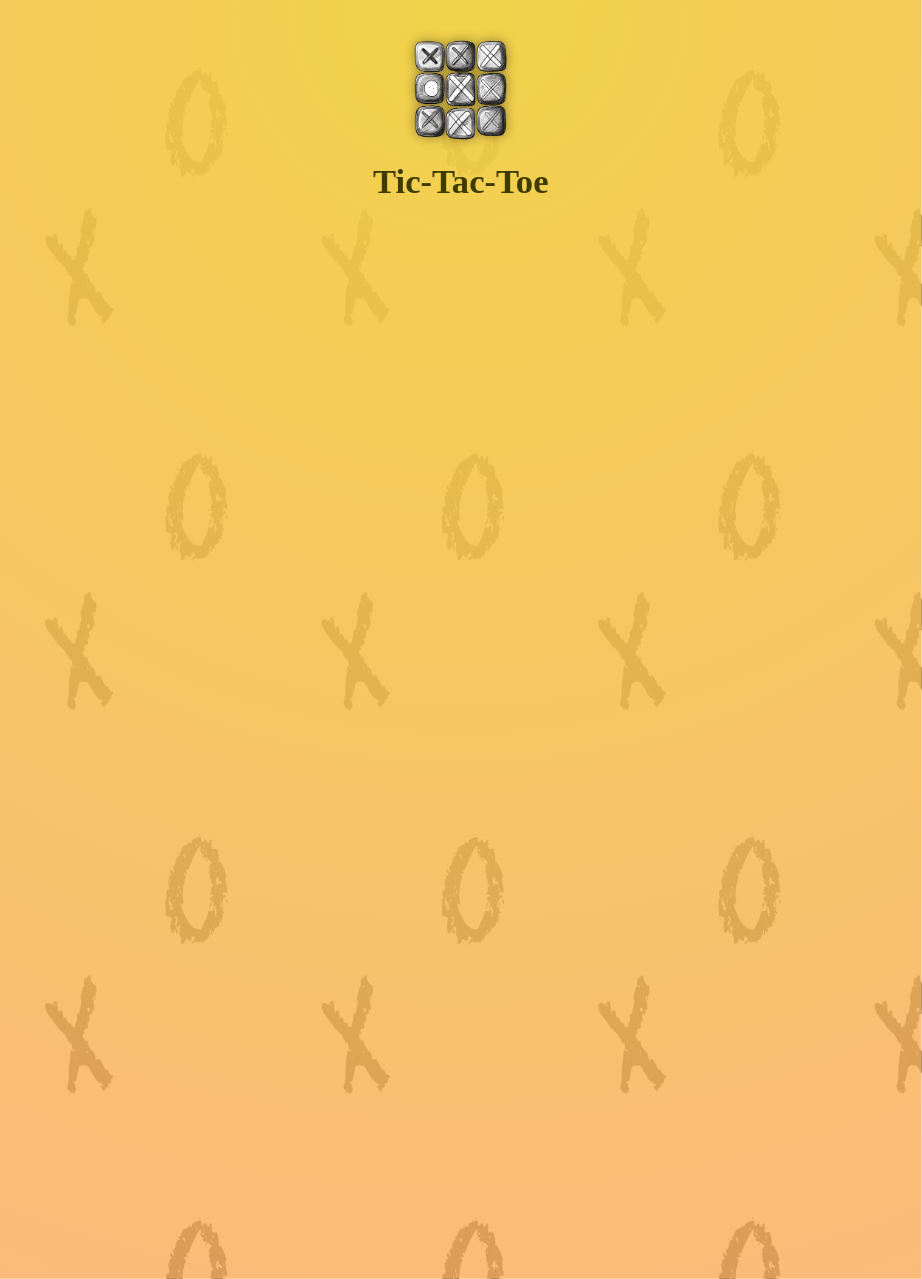
Repository: nithilprasathk/tic-tac-toe
Page: /
These files come from the project's save history. The page is drawn as it stood at one moment and after a run of saves; the edit follows.
The browser window is 1280 px wide. The pictures show the whole page, at 72% of full size.
Some web fonts or font styles are not loaded; a fallback is used. The project was rebuilt for these pictures with package versions that can differ from the ones it lists, and the page was loaded fresh each time. Also part of the build but not shown: vite.config.js.

Above is the page before, as saved 2024-02-02 22:58:52.
Console error: ReferenceError: turns is not defined

### index.html
<!DOCTYPE html>
<html lang="en">
  <head>
    <meta charset="UTF-8" />
    <link rel="icon" type="image/svg+xml" href="/game-logo.png" />
    <meta name="viewport" content="width=device-width, initial-scale=1.0" />
    <title>React Tic-Tac-Toe</title>
  </head>
  <body>
    <header>
      <img src="game-logo.png" alt="Tic tac toe game board">
      <h1>Tic-Tac-Toe</h1>
    </header>
    <div id="root"></div>
    <script type="module" src="/src/index.jsx"></script>
  </body>
</html>

### src/App.jsx
import { useState } from "react";
import Player from "./components/Player";
import GameBoard from "./components/GameBoard";
import Log from "./components/Log";
import { WINNING_COMBINATIONS } from "./winning-combinations";

const initialGameBoard = [
  [null, null, null],
  [null, null, null],
  [null, null, null],
];

function deriveActivePlayer(gameTurns) {
  let currentPlayer = "X";
  if (gameTurns.length > 0 && gameTurns[0].player === "X") {
    currentPlayer = "O";
  }
  return currentPlayer;
}
function App() {
  const [gameTurns, setGameTurns] = useState([]);
  // const [activePlayer, setActivePlayer] = useState("X");
  const activePlayer = deriveActivePlayer(gameTurns);

  let gameBoard = initialGameBoard;
  for (const turn of turns) {
    const { square, player } = turn;
    const { row, col } = square;
    gameBoard[row][col] = player;
  }
  let winning = null;
  for (const combinations of WINNING_COMBINATIONS) {
    const firstSquareSymbol =
      gameBoard[combinations[0].row][combinations[0].column];
    const secondSquareSymbol =
      gameBoard[combinations[1].row][combinations[1].column];
    const thirdSquareSymbol =
      gameBoard[combinations[2].row][combinations[2].column];
    if(firstSquareSymbol && firstSquareSymbol===secondSquareSymbol && firstSquareSymbol===thirdSquareSymbol){
           winning=firstSquareSymbol;
    }
  }
  function handleSelectSquare(rowIndex, colIndex) {
    // setActivePlayer((currentPlayer) => (currentPlayer === "X" ? "O" : "X"));
    setGameTurns((prevTurns) => {
      const currentPlayer = deriveActivePlayer(prevTurns);
      const updatedTurns = [
        { square: { row: rowIndex, col: colIndex }, player: currentPlayer },
        ...prevTurns,
      ];
      return updatedTurns;
    });
  }
  return (
    <main>
      <div id="game-container">
        <ol id="players" className="highlight-player">
          <Player
            intialName="Player 1"
            symbol="X"
            isActive={activePlayer === "X"}
          />
          <Player
            intialName="Player 2"
            symbol="O"
            isActive={activePlayer === "O"}
          />
        </ol>
        {winning && <p>You won {winning}!</p>}
        <GameBoard onSelectSquare={handleSelectSquare} board={gameBoard} />
      </div>
      <Log turns={gameTurns} />
    </main>
  );
}

export default App;

### src/components/Player.jsx
import { useState } from "react";
export default function Player({ intialName, symbol,isActive }) {
  const [playerName,setName] = useState(intialName);
  const [isEditing, setEditing] = useState(false);
  function handleEdit() {
    setEditing((editing)=>!editing);
  }
  function handleChange(event){
    setName(event.target.value);
  }
  let editablePlayerName = <span className="player-name">{playerName}</span>;
  if (isEditing) editablePlayerName = <input type="text" required value={playerName} onChange={handleChange}></input>;
  return (
    <li className={isActive ? "active" : undefined}>
      <span className="players">
        {editablePlayerName}
        <span className="player-symbol">{symbol}</span>
      </span>
      <button onClick={handleEdit}>{isEditing ? "Save" : "Edit"}</button>
    </li>
  );
}

### src/winning-combinations.js
export const WINNING_COMBINATIONS = [
    [
      { row: 0, column: 0 },
      { row: 0, column: 1 },
      { row: 0, column: 2 },
    ],
    [
      { row: 1, column: 0 },
      { row: 1, column: 1 },
      { row: 1, column: 2 },
    ],
    [
      { row: 2, column: 0 },
      { row: 2, column: 1 },
      { row: 2, column: 2 },
    ],
    [
      { row: 0, column: 0 },
      { row: 1, column: 0 },
      { row: 2, column: 0 },
    ],
    [
      { row: 0, column: 1 },
      { row: 1, column: 1 },
      { row: 2, column: 1 },
    ],
    [
      { row: 0, column: 2 },
      { row: 1, column: 2 },
      { row: 2, column: 2 },
    ],
    [
      { row: 0, column: 0 },
      { row: 1, column: 1 },
      { row: 2, column: 2 },
    ],
    [
      { row: 0, column: 2 },
      { row: 1, column: 1 },
      { row: 2, column: 0 },
    ],
  ];

Loaded but not shown: src/index.jsx (common file); src/index.css (common file); src/components/GameBoard.jsx (common file); src/components/Log.jsx (common file)

After the next 2 saves:
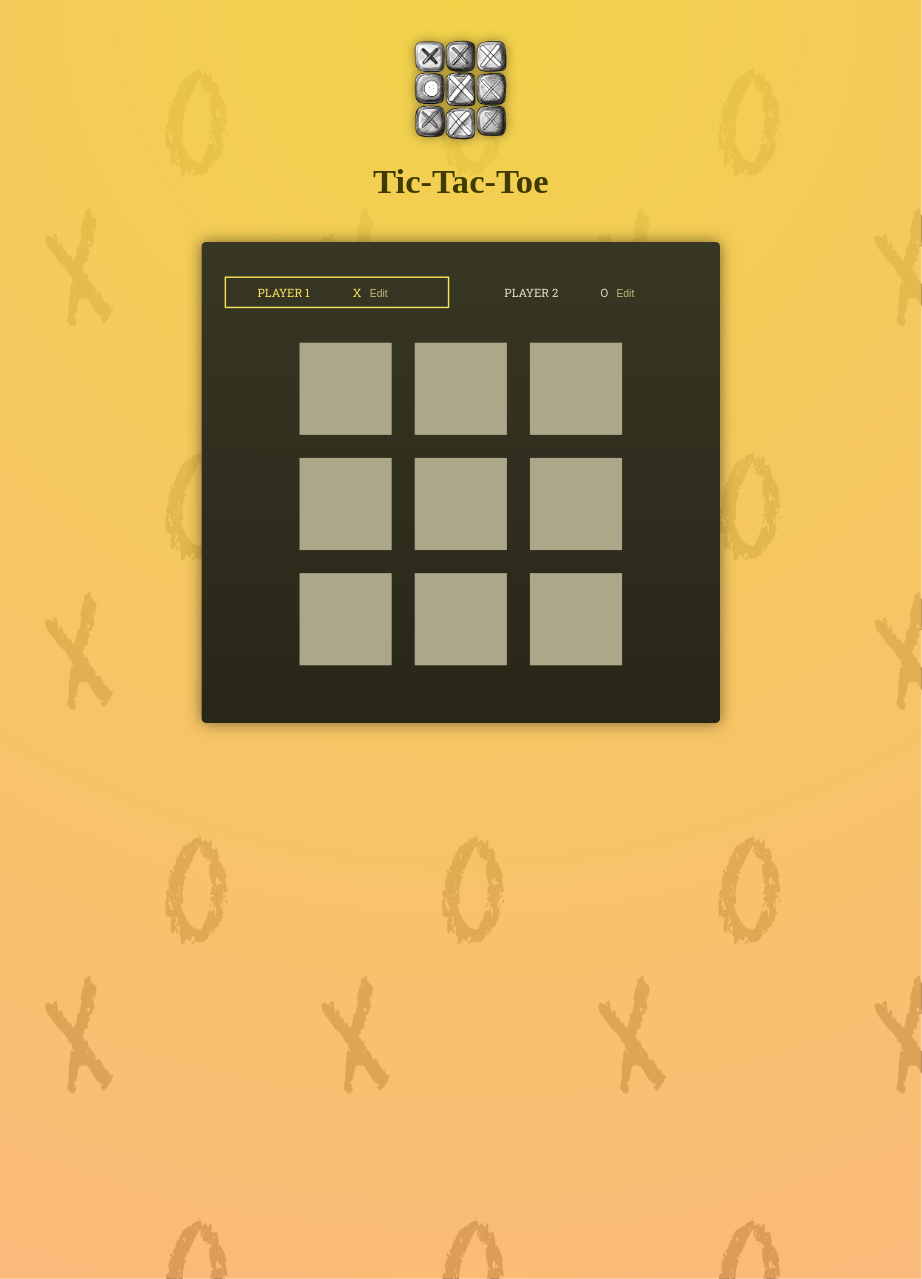
The error is gone.
The 2 saves are shown as one change because they came seconds apart.
The last was saved 90 s later.
--- a/src/App.jsx
+++ b/src/App.jsx
@@ -23,7 +23,7 @@ function App() {
   const activePlayer = deriveActivePlayer(gameTurns);
 
   let gameBoard = initialGameBoard;
-  for (const turn of turns) {
+  for (const turn of gameTurns) {
     const { square, player } = turn;
     const { row, col } = square;
     gameBoard[row][col] = player;
